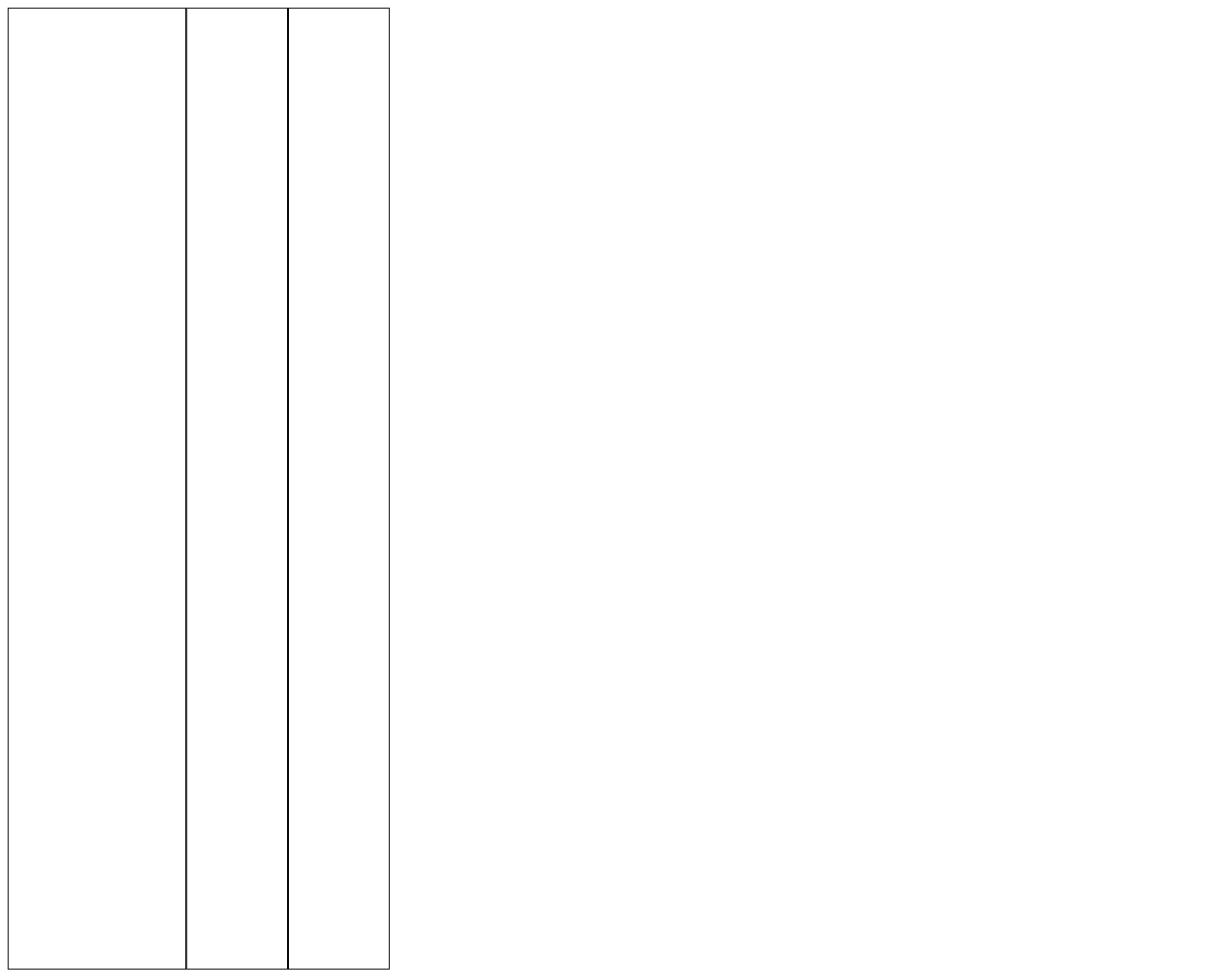
Repository: longtn213/Frond_end_HTML-CSS
Page: Front-End/Demohtml/Demo Html Css.html
An editor plug-in stored every save of this project. The page is shown before and after the next save, followed by the edit.
The browser window is 1280 px wide. The pictures show the whole page, at 96% of full size.

Above is the page before, as saved 2021-09-09 14:12:20.

### Front-End/Demohtml/Demo Html Css.html
<!DOCTYPE html>
<!--hoc tu can ban den nang cao-->
<!DOCTYPE html>
<html>

<head>
    <title>HTML co ban </title>
    <link href="https://fonts.googleapis.com/css2?family=Lato:wght@400;700;900&display=swap" rel="stylesheet">
    <link rel="stylesheet" href="/style.css">
</head>

<body>
    <div class="container">
        <table class="table1">
        </table>
        <table class="table2">

        </table>
        <table class="table3">

        </table>

    </div>
</body>

</html>

### Front-End/Demohtml/style.css
.container{
    display: flex;

}
.table1 {

    padding: 100px 90px;
    border: 1px solid #000;
}
.table2{

    padding: 500px 50px;
    border: 1px solid #000;
}
.table3{
    padding: 500px 50px;
    border: 1px solid #000;
}

After the next save:
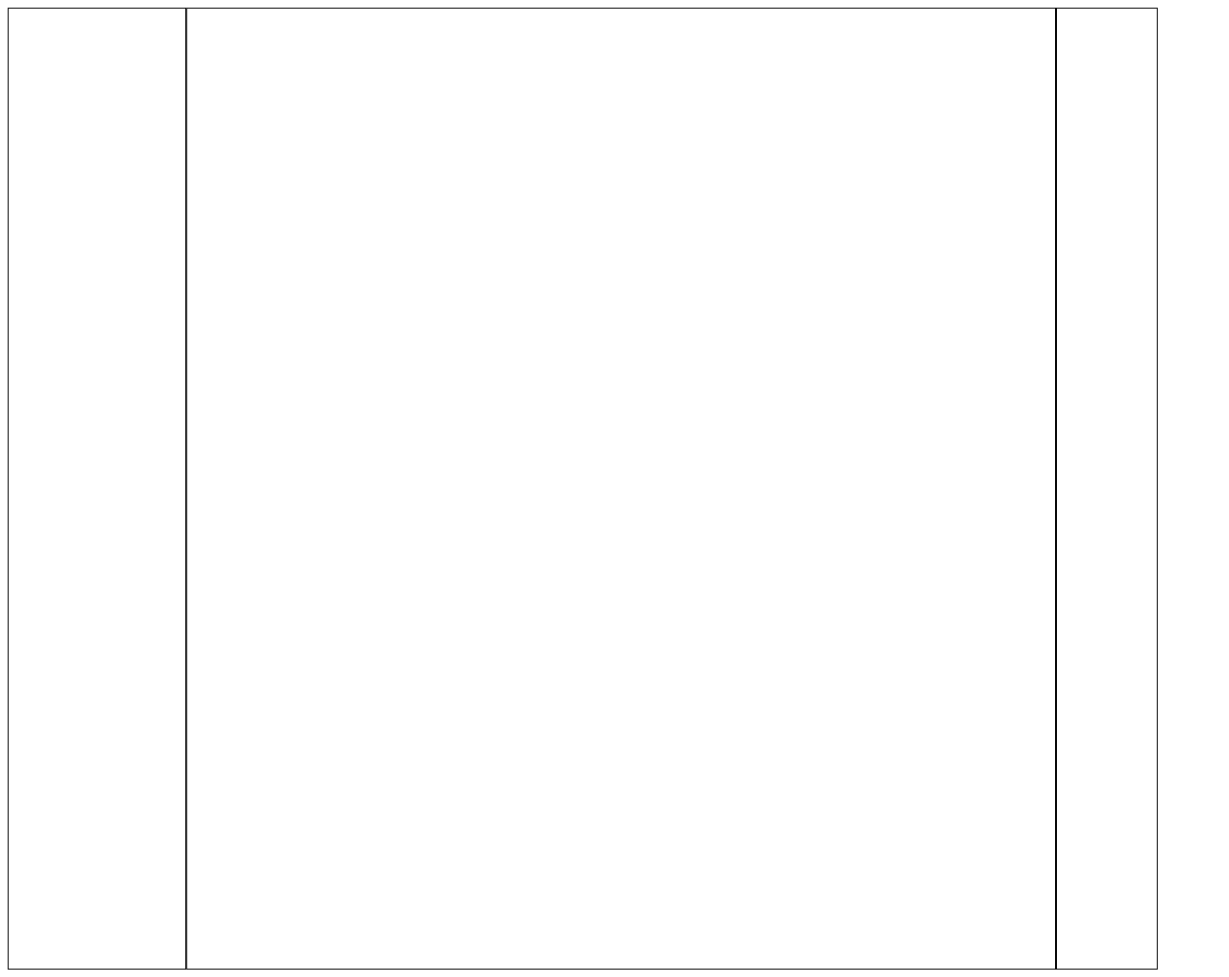
Saved 43 s later.
--- a/Front-End/Demohtml/style.css
+++ b/Front-End/Demohtml/style.css
@@ -9,7 +9,7 @@
 }
 .table2{
 
-    padding: 500px 50px;
+    padding: 500px 450px;
     border: 1px solid #000;
 }
 .table3{
